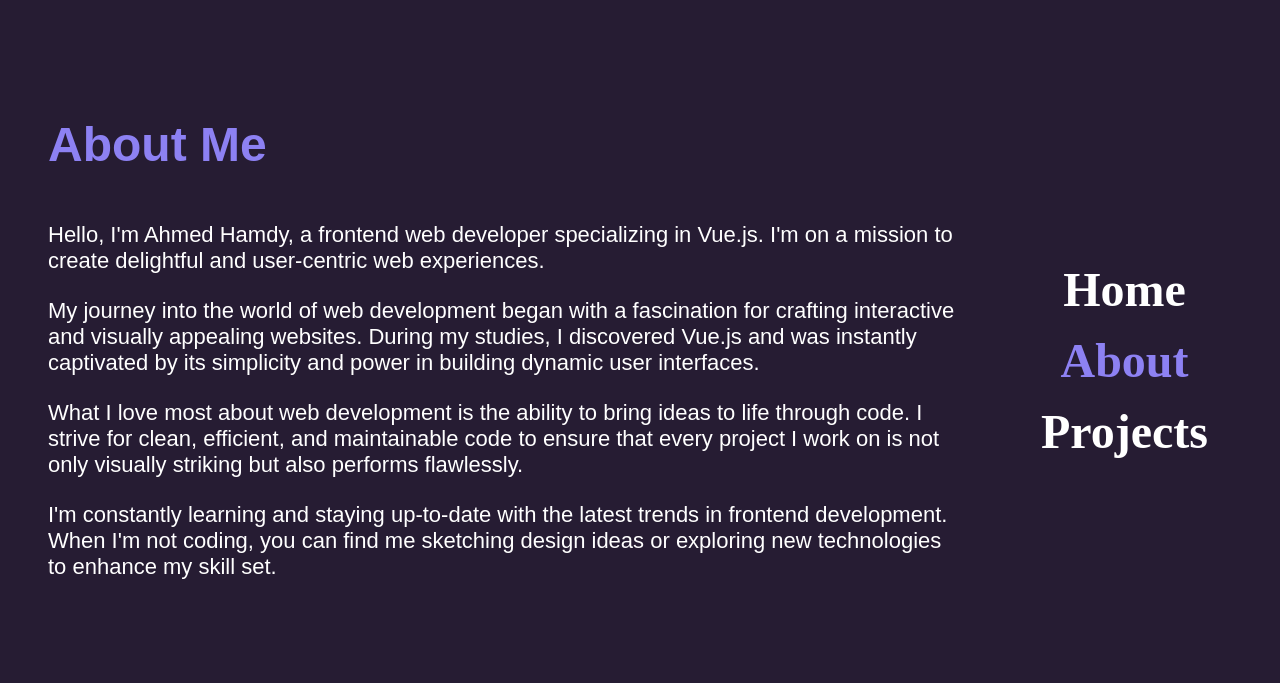
Repository: ahamdy997/portfolio
Page: /about
These files come from the project's save history. The page is drawn as it stood at one moment and after the next save; the edit follows.
The browser window is 1280 px wide. The pictures show the whole page.
The project was rebuilt for these pictures with package versions that can differ from the ones it lists, and the page was loaded fresh each time. Also part of the build but not shown: vue.config.js, src/components/HelloWorld.vue, src/views/HomeView.vue.

Above is the page before, as saved 2023-11-06 00:50:17.

After the next save:
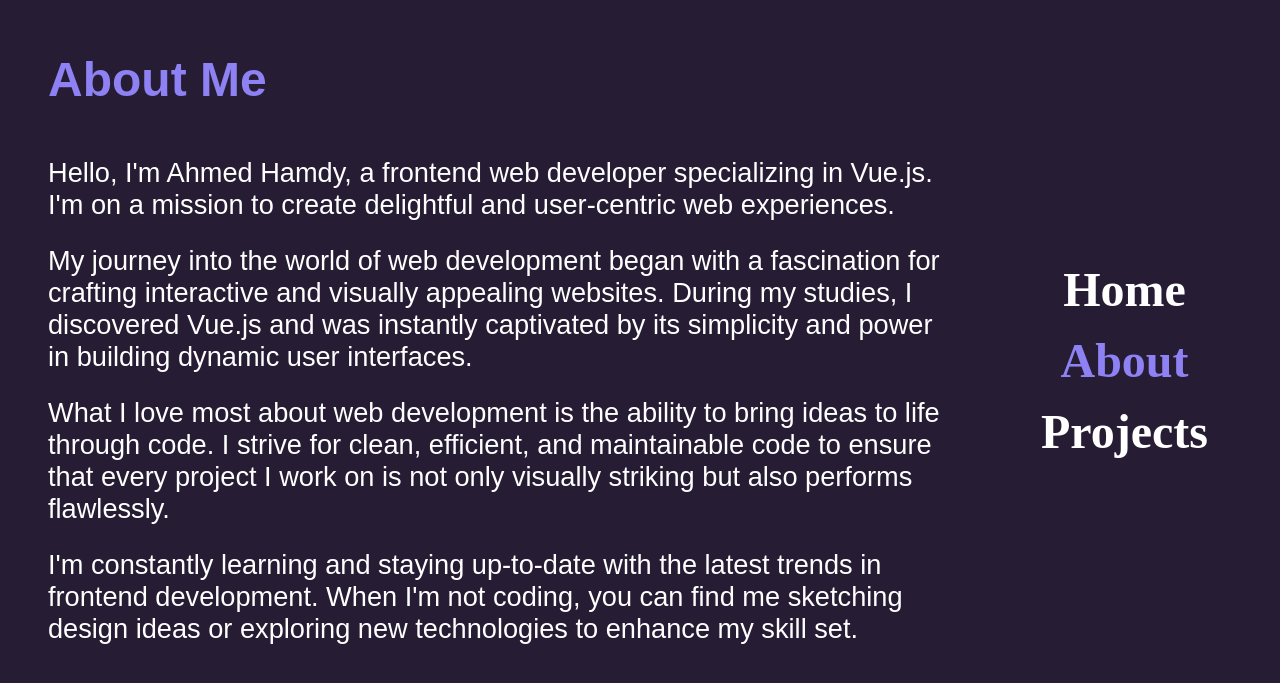
Saved 38 s later.
--- a/src/views/AboutView.vue
+++ b/src/views/AboutView.vue
@@ -36,6 +36,6 @@ p {
 }
 .about {
   text-align: start;
-  font-size: 22px;
+  font-size: 1.7rem;
 }
 </style>
